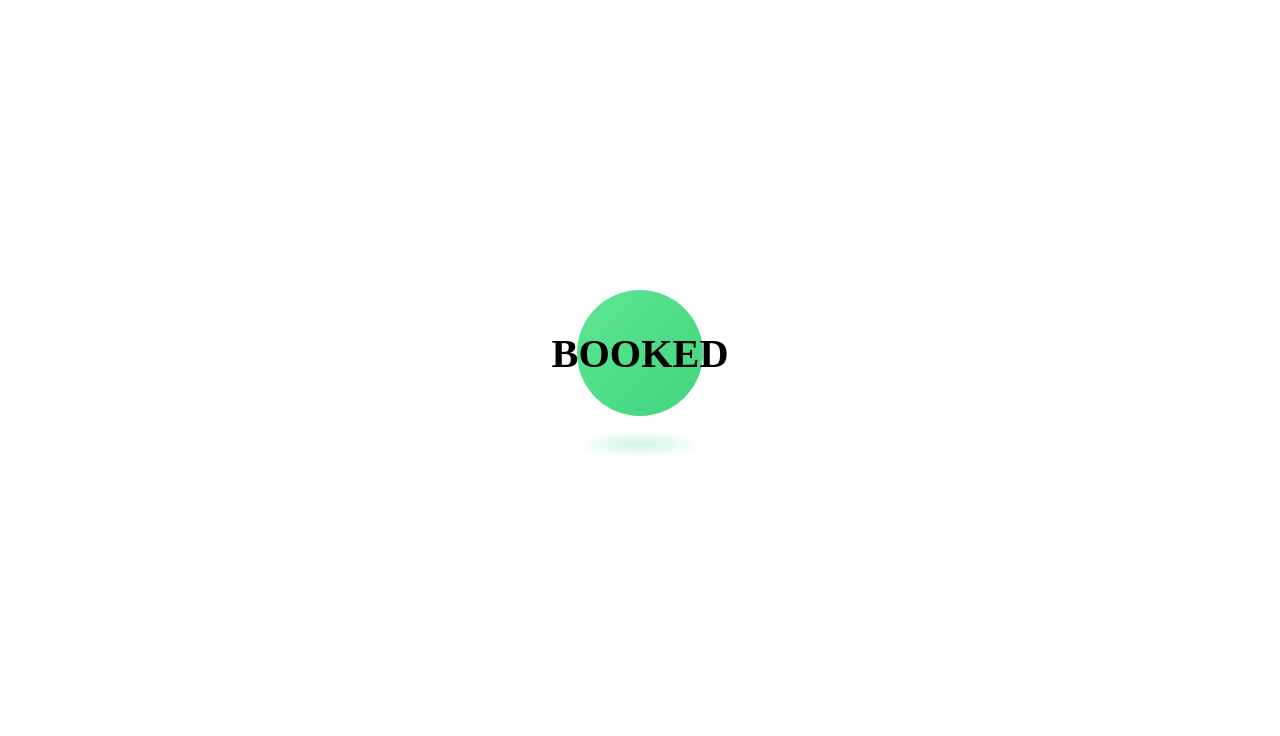
Repository: shaikHyder/hotelbooking
Page: luxuryhotel/bookedanimation.html
The author's editor kept a copy of each file at every save. The page is drawn from the files as they stood at one save, then again after the next save.
The browser window is 1280 px wide. The pictures show the whole page.

Above is the page before, as saved 2023-09-01 22:03:02.

After the next save:
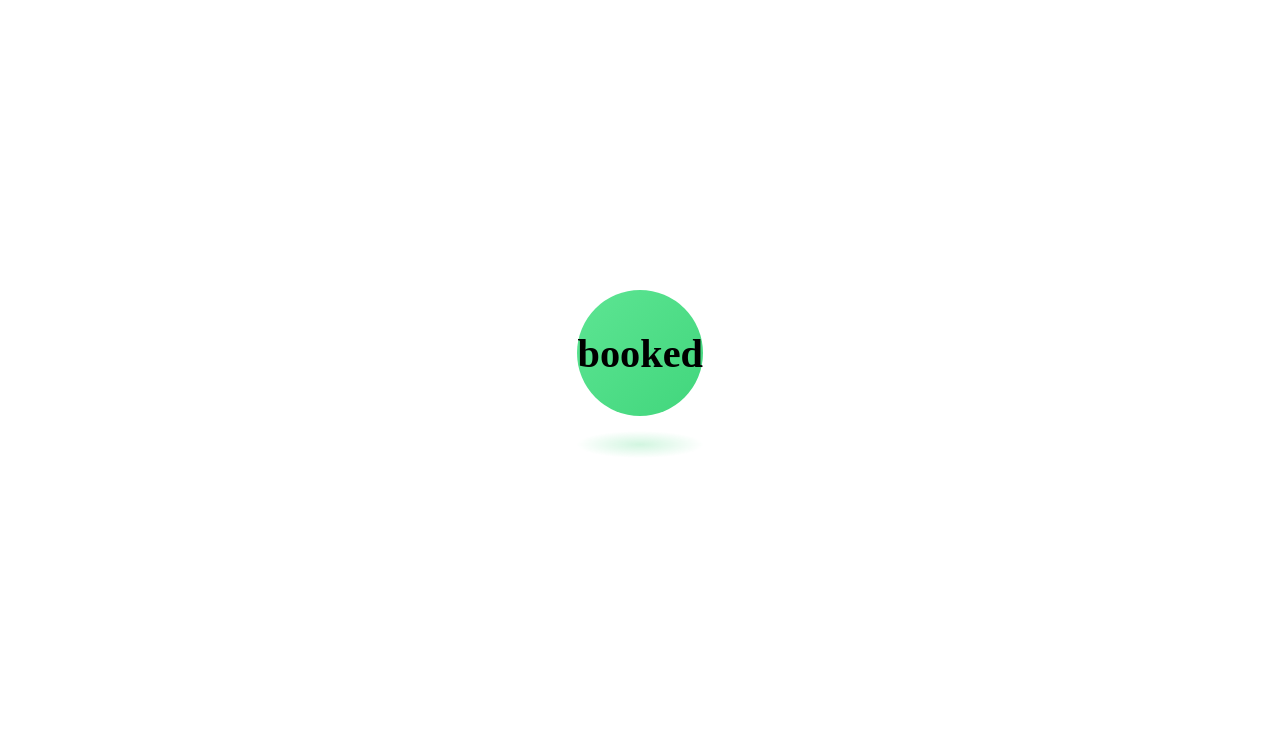
Saved 26 s later.
--- a/luxuryhotel/bookedanimation.html
+++ b/luxuryhotel/bookedanimation.html
@@ -137,10 +137,10 @@
     <div class="main-container">
         <div class="check-container">
             <div class="check-background">
-                <h1>BOOKED</h1>
                 <svg viewBox="0 0 65 51" fill="none" xmlns="http://www.w3.org/2000/svg">
                     <path d="M7 25L27.3077 44L58.5 7" stroke="white" stroke-width="13" stroke-linecap="round" stroke-linejoin="round" />
                 </svg>
+                <h1>booked</h1>
             </div>
             <div class="check-shadow"></div>
         </div>
